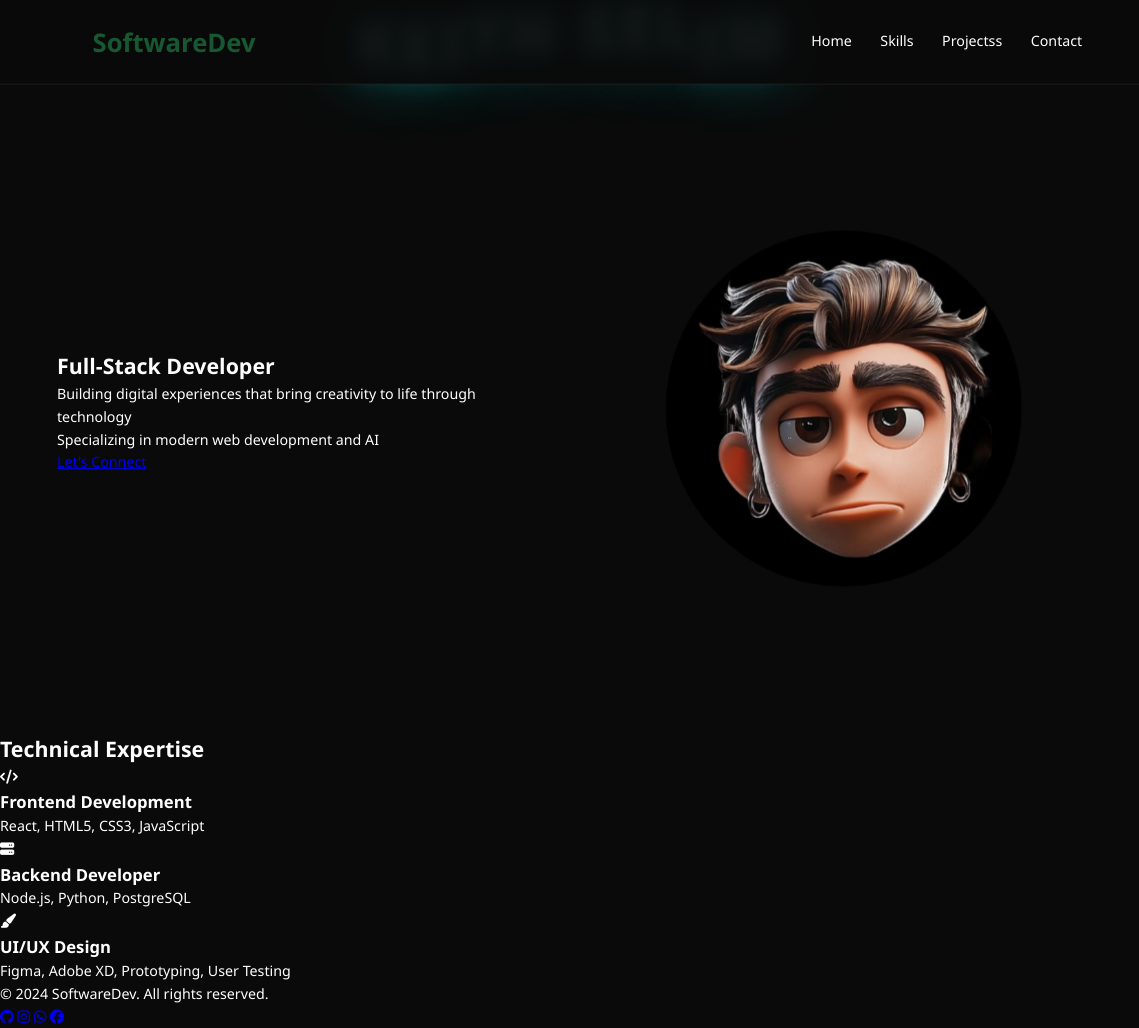
Repository: PEEZYBEE/my-personal-website
Page: index.html
An editor plug-in stored every save of this project. The page is shown before and after a run of saves, followed by the edit.
The browser window is 1280 px wide. The pictures show the whole page, at 89% of full size.

Above is the page before, as saved 2025-03-01 21:04:30.

### index.html
<!DOCTYPE html>
<html lang="en">
<head>
    <meta charset="UTF-8">
    <meta name="viewport" content="width=device-width, initial-scale=1.0">
    <link rel="stylesheet" href="./style.css" />
    <title>
        My Personal Website
    </title>
    <link rel="stylesheet" href="https://cdnjs.cloudflare.com/ajax/libs/font-awesome/6.7.2/css/all.min.css" integrity="sha512-Evv84Mr4kqVGRNSgIGL/F/aIDqQb7xQ2vcrdIwxfjThSH8CSR7PBEakCr51Ck+w+/U6swU2Im1vVX0SVk9ABhg==" crossorigin="anonymous" referrerpolicy="no-referrer" />
</head>
<body>

 <div class="bouncing-letters" style="text-align:center;font-size: 30px;">
 <span>K</span>
<span>E</span>
<span>I</span>
<span>T</span>
<span>H</span>
<span>&nbsp;</span>
<span>S</span>
<span>E</span>
<span>L</span>
<span>I</span>
<span>M</span>
 </div>

 <nav class="navbar">
    <a href="#home" class="logo">SoftwareDev</a>
    <ul class="nav-links">
      <li><a href="#home">Home</a></li>
      <li><a href="#skills">Skills</a></li>
      <li><a href="#projects">Projectss</a></li>
      <li><a href="#contact">Contact</a></li>
    </ul>
 </nav>

 <section id="home" class="hero">
    <div class="hero-content">
     <h1>Full-Stack Developer</h1>
     <p>Building digital experiences that bring creativity to life through technology</p>
     <p class="highlight">Specializing in modern web development and AI</p>
     <a href="#contact" class="cta-button">Let's Connect</a>
    </div>

    <div class="hero-image">
        <img src="profile.jpg" alt="Profile" class="profile-img">
    </div>
</section>

<section id="skills" class="skills">
    <h2>Technical Expertise</h2>
    <div class="skills-grid">
        <div class="skill-card">
            <i class="fa-solid fa-code"></i>
            <h3>Frontend Development</h3>
            <p>React, HTML5, CSS3, JavaScript</p>
        </div>
        <div class="skill-card">
            <i class="fa-solid fa-server"></i>
            <h3>Backend Developer</h3>
            <p>Node.js, Python, PostgreSQL</p>
        </div>
        <div class="skill-card">
            <i class="fa-solid fa-paintbrush"></i>
            <h3>UI/UX Design</h3>
            <p>Figma, Adobe XD, Prototyping, User Testing</p>
        </div>
    </div>
</section>

<footer>
   <p>&copy; 2024  SoftwareDev. All rights reserved.</p>
   <div class="social-links">
    <a href="#"><i class="fa-brands fa-github"></i></a>
    <a href="#"><i class="fa-brands fa-instagram"></i></a>
    <a href="#"><i class="fa-brands fa-whatsapp"></i></a>
    <a href="#"><i class="fa-brands fa-facebook"></i></a>
   </div>
</footer>


<script src="script.js"></script>
</body>
</html>

### style.css
.bouncing-letters span {
display: inline-block;
color: white;
text-shadow: 0px 0px 0px cyan,
             0px 0px 20px cyan,
             0px 0px 40px cyan,
             0px 0px 80px cyan;
font-size: 64px;
font-weight: bold;
animation: bounce 0.8s ease infinite alternate;

}

@keyframes bounce {
    0% { transform: translateY(0) }
    100% { transform: translateY(-20px) }

}

.bouncing-letters span:nth-child(1)
{ animation-delay:  0.1s; }


.bouncing-letters span:nth-child(2)
{ animation-delay:  0.2s; }


.bouncing-letters span:nth-child(3)
{ animation-delay:  0.3s; }


.bouncing-letters span:nth-child(4)
{ animation-delay:  0.4s; }


.bouncing-letters span:nth-child(5)
{ animation-delay: 0.5s; }


.bouncing-letters span:nth-child(6)
{ animation-delay:  0.6s; }

.bouncing-letters span:nth-child(7)
{ animation-delay:  0.7s; }

.bouncing-letters span:nth-child(8)
{ animation-delay:  0.8s; }

.bouncing-letters span:nth-child(9)
{ animation-delay:  0.9s; }

.bouncing-letters span:nth-child(10)
{ animation-delay:  0.10s; }

body{
    background-color: var(--dark-bg);
    color: var(--text);
    line-height: 1.6;
    overflow-x: hidden;
}

*{
  margin: 0;
  padding: 0;
  box-sizing: border-box;
  font-family: 'Segoe UI', sans-serif;
}
:root{
  --dark-bg: #0a0a0a;
  --darker-bg: #050505;
  --accent-glow: rgba(46, 204, 113, 0.4);
  --text: #ffffff;
}

.navbar{
  position: fixed;
  top: 0;
  width: 100%;
  padding: 1.5rem 5%;
  display: flex;
  justify-content: space-between;
  align-items: center;
  background:  rgba(10, 10, 10, 0.95);
  backdrop-filter: blur(10px);
  z-index: 1000;
  border-bottom: 1px solid rgba(255, 255, 255, 0.1);
}

.logo{
  font-size: 1.8rem;
  font-weight: 700;
  color: var(--accent-glow);
  text-decoration: none;
  position: relative;
  padding-left: 2.5rem;
}

.nav-links{
  display: flex;
  gap: 2rem;
  list-style: none;
}

.nav-links a {
  color: var(--text);
  text-decoration: none;
  font-weight: 500;
  transition: all 0.3s ease;
  position: relative;
}

.nav-links a::after {
  content: '';
  position: absolute;
  bottom:  -5px;
  left: 0;
  width: 0;
  height: 2px;
  background: var(--accent-glow);
  transition: width 0.3s ease;
}

.nav-links a:hover::after {
   width: 100%;
}

.hero {
  min-height: 100vh;
  display: flex;
  align-items: center;
  padding: 12% 5%;
  background: radial-gradient(circle at 75% 30%,var(--accent-glow) 0%,transoarent 30%);
}

.hero-content {
    flex: 1;
    padding-right: 5rem;
}

.hero-image {
    flex: 1;
    text-align: center;
    position: relative;
}

.profile-img {
    width: 400px;
    height: 400px;
    border-radius: 50%;
    object-fit: cover;
    border: 3px solid var(--accent);
    box-shadow: 0 0 50px var();

}

Loaded but not shown: script.js (no copy from this time; the picture is the same without it)

After the next 2 saves:
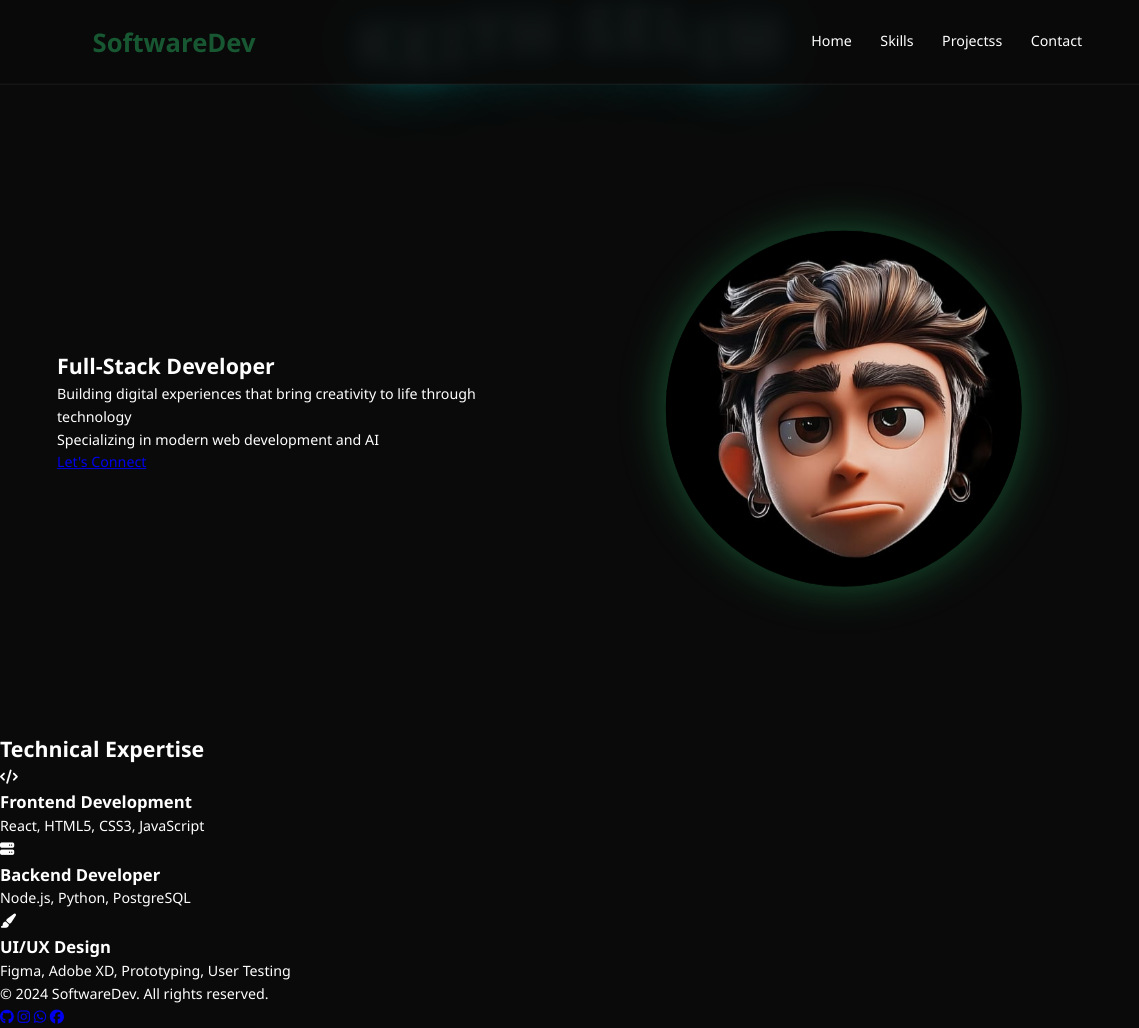
The 2 saves are shown as one change because they came seconds apart.
The last was saved 7 s later.
--- a/style.css
+++ b/style.css
@@ -149,6 +149,7 @@ body{
     border-radius: 50%;
     object-fit: cover;
     border: 3px solid var(--accent);
-    box-shadow: 0 0 50px var();
+    box-shadow: 0 0 50px var(--accent-glow);
+
 
 }
